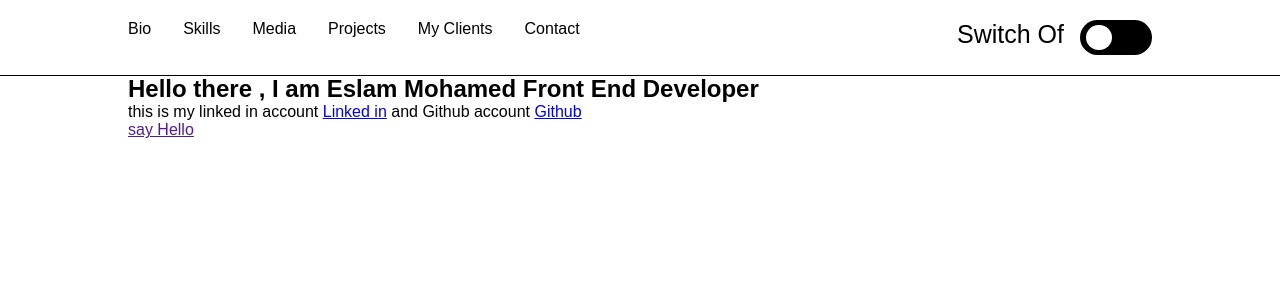
Repository: Eslam0Mohamed/portfolio
Page: index.html
An editor plug-in stored every save of this project. The page is shown before and after the next save, followed by the edit.
The browser window is 1280 px wide. The pictures show the whole page.

Above is the page before, as saved 2024-07-13 23:57:25.

After the next save:
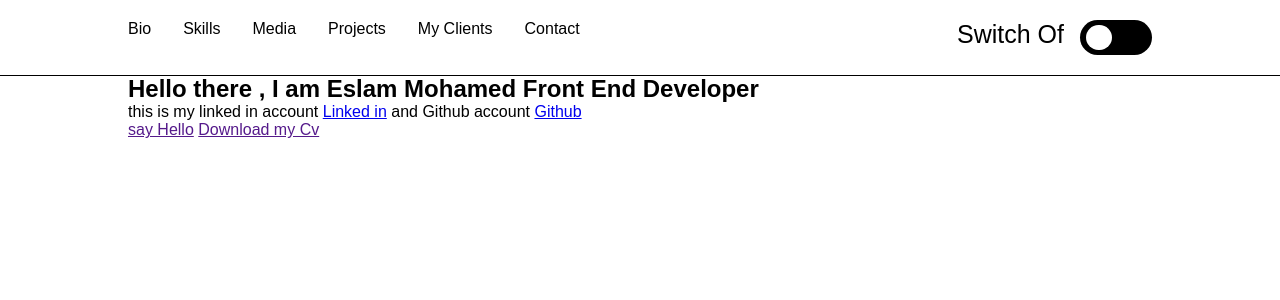
Saved 10 s later.
--- a/index.html
+++ b/index.html
@@ -54,7 +54,7 @@
           <a href="https://github.com/Eslam0Mohamed">Github</a>
         </p>
         <a href="" class="bio__link say-hello">say Hello</a>
-        <a href="" class="bio__link download"></a>
+        <a href="" class="bio__link download">Download my Cv</a>
       </section>
     </div>
   </body>
